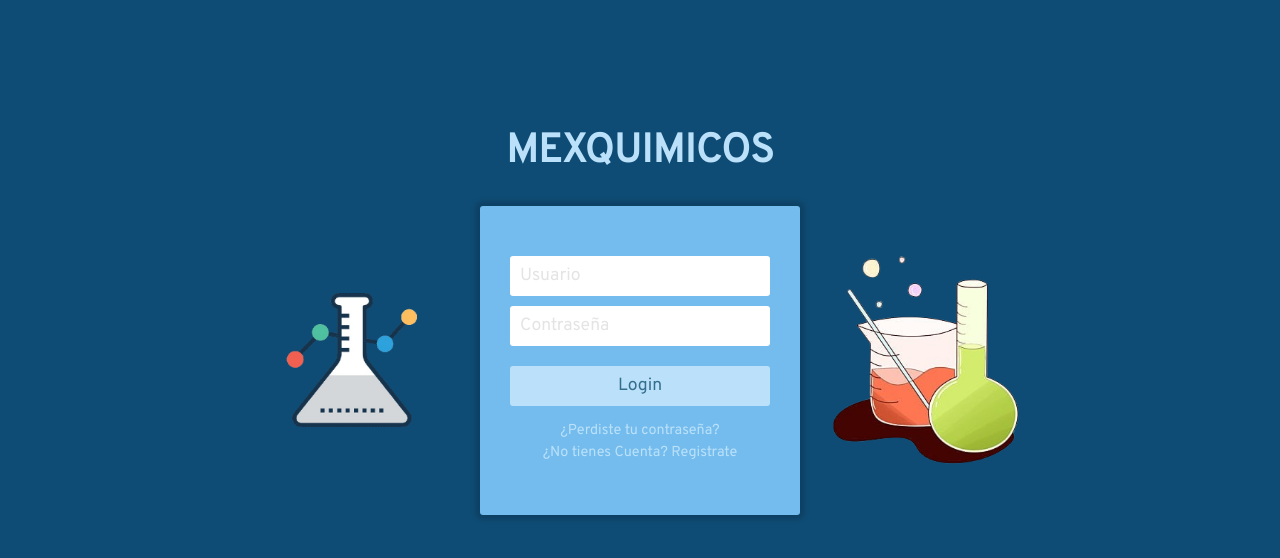
Repository: iDiv3r/MexiQuimicosIsay
Page: Index.html
These files come from the project's save history. The page is drawn as it stood at one moment and after the next save; the edit follows.
The browser window is 1280 px wide. The pictures show the whole page.

Above is the page before, as saved 2023-11-26 16:26:26.

### Index.html
<!doctype html>
<html lang="es">

    <head>

        <meta charset="utf-8">

        <title> Formulario de Acceso </title>

        <meta name="viewport" content="width=device-width, initial-scale=1.0">
        <meta name="author" content="Videojuegos & Desarrollo">
        <meta name="description" content="Muestra de un formulario de acceso en HTML y CSS">
        <meta name="keywords" content="Formulario Acceso, Formulario de LogIn">

        <link href="https://fonts.googleapis.com/css?family=Nunito&display=swap" rel="stylesheet">
        <link href="https://fonts.googleapis.com/css?family=Overpass&display=swap" rel="stylesheet">
        <link rel="stylesheet" href="css/login.css">

        <style type="text/css">

        </style>

        <script type="text/javascript">

        </script>

    </head>
    <body>

        <div id="contenedor">
          <h1 class="titulo">MEXQUIMICOS</h1>
          <img src="img/L1.png" alt="logo" class="logo">
            <div id="central">
                <div id="login">
                    <form action="Controller.php" method="post">
                        <input type="text" name="txtCorreo" placeholder="Usuario" required>
                        <input type="password" placeholder="Contraseña" name="txtPass" required>
                        <button type="submit" title="Ingresar" name="btnIng">Login</button>
                    </form>
                    <div class="pie-form">
                        <a href="#">¿Perdiste tu contraseña?</a>
                        <a href="#">¿No tienes Cuenta? Registrate</a>
                    </div>
                </div>
            </div>
            <img src="img/L2.png" alt="logo" class="logo">
        </div>
    </body>
</html>

### css/login.css
body {
    font-family: 'Overpass', sans-serif;
    font-weight: normal;
    font-size: 100%;
    color: #9bcee9;

    margin: 0;
    background-color: #0f4c75;
}

#contenedor {
    display: flex;
    align-items: center;
    justify-content: center;

    margin: 0;
    padding: 0;
    min-width: 100vw;
    min-height: 100vh;
    width: 100%;
    height: 100%;
}

#central {
    max-width: 320px;
    width: 100%;
}

.titulo {
    font-size: 250%;
    color:#bbe1fa;
    text-align: center;
    margin-bottom: 20px;
}

#login {
    width: 100%;
    padding: 50px 30px;
    background-color: #73bced;

    -webkit-box-shadow: 0px 0px 5px 5px rgba(0,0,0,0.15);
    -moz-box-shadow: 0px 0px 5px 5px rgba(0,0,0,0.15);
    box-shadow: 0px 0px 5px 5px rgba(0,0,0,0.15);

    border-radius: 3px 3px 3px 3px;
    -moz-border-radius: 3px 3px 3px 3px;
    -webkit-border-radius: 3px 3px 3px 3px;

    box-sizing: border-box;
}

#login input {
    font-family: 'Overpass', sans-serif;
    font-size: 110%;
    color: #599fc4;

    display: block;
    width: 100%;
    height: 40px;

    margin-bottom: 10px;
    padding: 5px 5px 5px 10px;

    box-sizing: border-box;

    border: none;
    border-radius: 3px 3px 3px 3px;
    -moz-border-radius: 3px 3px 3px 3px;
    -webkit-border-radius: 3px 3px 3px 3px;
}

#login input::placeholder {
    font-family: 'Overpass', sans-serif;
    color: #E4E4E4;
}

#login button {
    font-family: 'Overpass', sans-serif;
    font-size: 110%;
    color:#346e8d;
    width: 100%;
    height: 40px;
    border: none;

    border-radius: 3px 3px 3px 3px;
    -moz-border-radius: 3px 3px 3px 3px;
    -webkit-border-radius: 3px 3px 3px 3px;

    background-color: #bbe1fa;

    margin-top: 10px;
}

#login button:hover {
    background-color: #5ccef4;
    color:#bbe1fa;
}

.pie-form {
    font-size: 90%;
    text-align: center;
    margin-top: 15px;
}

.pie-form a {
    display: block;
    text-decoration: none;
    color: #bbe1fa;
    margin-bottom: 3px;
}

.pie-form a:hover {
    color: #0f4c75;
}

.inferior {
    margin-top: 10px;
    font-size: 90%;
    text-align: center;
}

.inferior a {
    display: block;
    text-decoration: none;
    color: #bbe1fa;
    margin-bottom: 3px;
}

.inferior a:hover {
    color: #3282b8;
}

.logo{
    image-rendering: auto;
    width: 20%;
    height: 20%;

}

#contenedor {
    position: relative;
}

.titulo{
    position: absolute;
    top: 100px;
    left: 50%;
    transform: translateX(-50%);
}

After the next save:
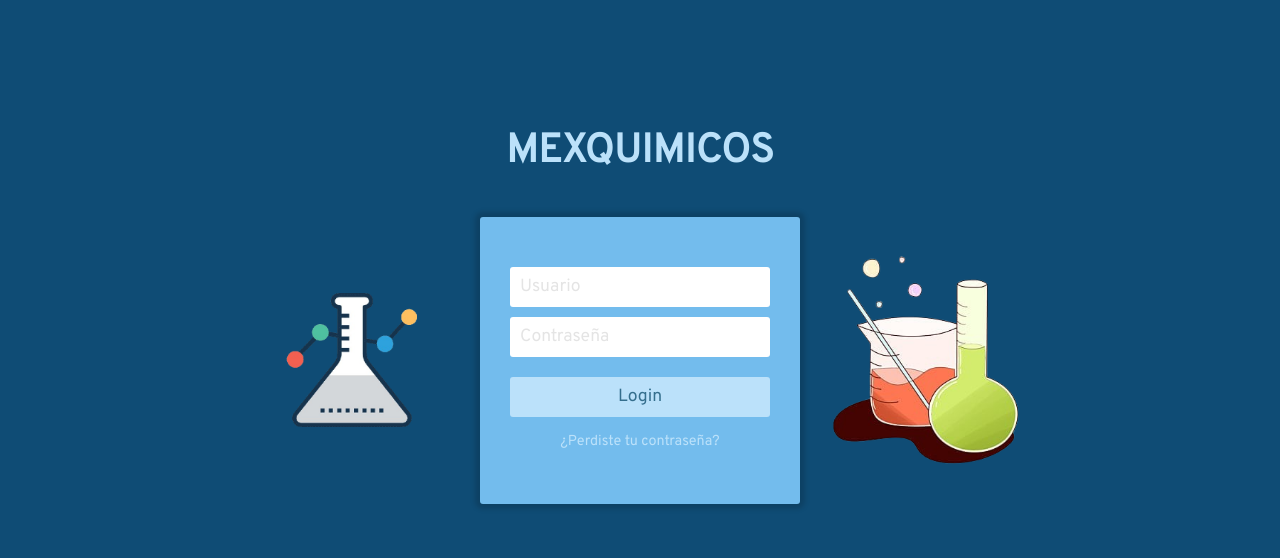
Saved 23 s later.
--- a/Index.html
+++ b/Index.html
@@ -39,7 +39,6 @@
                     </form>
                     <div class="pie-form">
                         <a href="#">¿Perdiste tu contraseña?</a>
-                        <a href="#">¿No tienes Cuenta? Registrate</a>
                     </div>
                 </div>
             </div>
